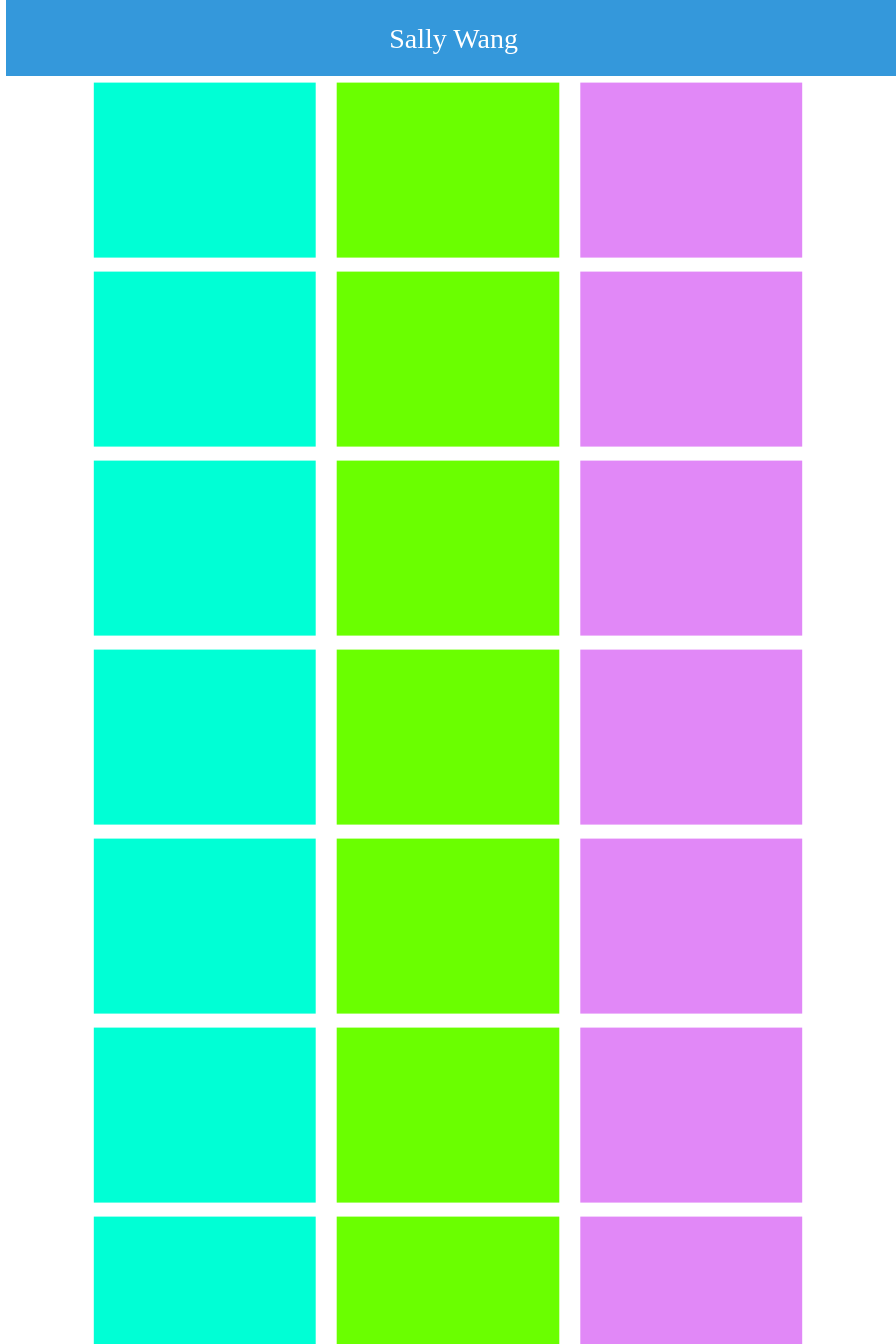
Repository: tianjiewang2022/tianjiewang2022.github.io
Page: index.html
An editor plug-in stored every save of this project. The page is shown before and after the next save, followed by the edit.
The browser window is 1280 px wide. The pictures show the part of the page from y = 0 to 1920 px (the page is 9733 px tall), at 70% of full size.

Above is the page before, as saved 2023-10-02 01:28:44.

### index.html
<!DOCTYPE html>
<html lang="en">

    <head>
        <meta charset="UTF-8">
        <meta name="viewport" content="width=device-width, initial-scale=1.0">
        <title>Sally's Webpage</title>
        <style>
            body {
                padding-top: 100px;
            }

            header {
                background-color: #3498db;
                /* Choose your header color */
                color: white;
                position: fixed;
                top: 0;
                width: 100%;
                height: 15%;

                display: flex;
                align-items: center;
                justify-content: center;
                z-index: 100;
                font-size: 40px;
            }

            .flex-container {
                padding: 10px;
                display: flex;
                flex-wrap: wrap;
                justify-content: space-between;
                padding-left: 10%;
                padding-right: 10%;
            }

            .flex-box {
                width: calc(33.33% - 20px);
                height: 250px;
                background-color: #ccc;
                /* Default background color */
                /* Add margin between boxes */
                background-color: #ccc;
                /* Default background color */
                text-align: center;
                display: flex;
                align-items: center;
                justify-content: center;
            }

            .box1-blue {
                background-color: rgb(0, 255, 213);
            }

            .box2-green {
                background-color: rgb(106, 255, 0);
            }

            .box3-purple {
                background-color: rgb(225, 136, 247);
            }

            table {
                width: 100%;
                justify-content: center;
                border-collapse: collapse;
                margin-top: 10px;
            }

            th,
            td {
                border: 1px solid #ccc;
                padding: 10px;
                text-align: center;
            }

            th {
                background-color: #f2f2f2;
            }
        </style>
    </head>

    <body>
        <header>
            Sally Wang
        </header>

        <div class="flex-container">
            <!-- Your content goes here -->
            <span class="flex-box box1-blue"></span>
            <span class="flex-box box2-green"></span>
            <span class="flex-box box3-purple"></span>
        </div>
        <div class="flex-container">
            <!-- Your content goes here -->
            <span class="flex-box box1-blue"></span>
            <span class="flex-box box2-green"></span>
            <span class="flex-box box3-purple"></span>
        </div>
        <div class="flex-container">
            <!-- Your content goes here -->
            <span class="flex-box box1-blue"></span>
            <span class="flex-box box2-green"></span>
            <span class="flex-box box3-purple"></span>
        </div>
        <div class="flex-container">
            <!-- Your content goes here -->
            <span class="flex-box box1-blue"></span>
            <span class="flex-box box2-green"></span>
            <span class="flex-box box3-purple"></span>
        </div>
        <div class="flex-container">
            <!-- Your content goes here -->
            <span class="flex-box box1-blue"></span>
            <span class="flex-box box2-green"></span>
            <span class="flex-box box3-purple"></span>
        </div>
        <div class="flex-container">
            <!-- Your content goes here -->
            <span class="flex-box box1-blue"></span>
            <span class="flex-box box2-green"></span>
            <span class="flex-box box3-purple"></span>
        </div>
        <div class="flex-container">
            <!-- Your content goes here -->
            <span class="flex-box box1-blue"></span>
            <span class="flex-box box2-green"></span>
            <span class="flex-box box3-purple"></span>
        </div>
        <div class="flex-container">
            <!-- Your content goes here -->
            <span class="flex-box box1-blue"></span>
            <span class="flex-box box2-green"></span>
            <span class="flex-box box3-purple"></span>
        </div>
        <div class="flex-container">
            <!-- Your content goes here -->
            <span class="flex-box box1-blue"></span>
            <span class="flex-box box2-green"></span>
            <span class="flex-box box3-purple"></span>
        </div>
        <div class="flex-container">
            <!-- Your content goes here -->
            <span class="flex-box box1-blue"></span>
            <span class="flex-box box2-green"></span>
            <span class="flex-box box3-purple"></span>
        </div>
        <div class="flex-container">
            <!-- Your content goes here -->
            <span class="flex-box box1-blue"></span>
            <span class="flex-box box2-green"></span>
            <span class="flex-box box3-purple"></span>
        </div>
        <div class="flex-container">
            <!-- Your content goes here -->
            <span class="flex-box box1-blue"></span>
            <span class="flex-box box2-green"></span>
            <span class="flex-box box3-purple"></span>
        </div>
        <div class="flex-container">
            <!-- Your content goes here -->
            <span class="flex-box box1-blue"></span>
            <span class="flex-box box2-green"></span>
            <span class="flex-box box3-purple"></span>
        </div>
        <div class="flex-container">
            <!-- Your content goes here -->
            <span class="flex-box box1-blue"></span>
            <span class="flex-box box2-green"></span>
            <span class="flex-box box3-purple"></span>
        </div>
        <div class="flex-container">
            <!-- Your content goes here -->
            <span class="flex-box box1-blue"></span>
            <span class="flex-box box2-green"></span>
            <span class="flex-box box3-purple"></span>
        </div>
        <div class="flex-container">
            <!-- Your content goes here -->
            <span class="flex-box box1-blue"></span>
            <span class="flex-box box2-green"></span>
            <span class="flex-box box3-purple"></span>
        </div>
        <div class="flex-container">
            <!-- Your content goes here -->
            <span class="flex-box box1-blue"></span>
            <span class="flex-box box2-green"></span>
            <span class="flex-box box3-purple"></span>
        </div>
        <div class="flex-container">
            <!-- Your content goes here -->
            <span class="flex-box box1-blue"></span>
            <span class="flex-box box2-green"></span>
            <span class="flex-box box3-purple"></span>
        </div>
        <div class="flex-container">
            <!-- Your content goes here -->
            <span class="flex-box box1-blue"></span>
            <span class="flex-box box2-green"></span>
            <span class="flex-box box3-purple"></span>
        </div>
        <div class="flex-container">
            <!-- Your content goes here -->
            <span class="flex-box box1-blue"></span>
            <span class="flex-box box2-green"></span>
            <span class="flex-box box3-purple"></span>
        </div>
        <div class="flex-container">
            <!-- Your content goes here -->
            <span class="flex-box box1-blue"></span>
            <span class="flex-box box2-green"></span>
            <span class="flex-box box3-purple"></span>
        </div>
        <div class="flex-container">
            <!-- Your content goes here -->
            <span class="flex-box box1-blue"></span>
            <span class="flex-box box2-green"></span>
            <span class="flex-box box3-purple"></span>
        </div>
        <div class="flex-container">
            <!-- Your content goes here -->
            <span class="flex-box box1-blue"></span>
            <span class="flex-box box2-green"></span>
            <span class="flex-box box3-purple"></span>
        </div>
        <div class="flex-container">
            <!-- Your content goes here -->
            <span class="flex-box box1-blue"></span>
            <span class="flex-box box2-green"></span>
            <span class="flex-box box3-purple"></span>
        </div>
        <div class="flex-container">
            <!-- Your content goes here -->
            <span class="flex-box box1-blue"></span>
            <span class="flex-box box2-green"></span>
            <span class="flex-box box3-purple"></span>
        </div>
        <div class="flex-container">
            <!-- Your content goes here -->
            <span class="flex-box box1-blue"></span>
            <span class="flex-box box2-green"></span>
            <span class="flex-box box3-purple"></span>
        </div>
        <div class="flex-container">
            <!-- Your content goes here -->
            <span class="flex-box box1-blue"></span>
            <span class="flex-box box2-green"></span>
            <span class="flex-box box3-purple"></span>
        </div>
        <div class="flex-container">
            <!-- Your content goes here -->
            <span class="flex-box box1-blue"></span>
            <span class="flex-box box2-green"></span>
            <span class="flex-box box3-purple"></span>
        </div>
        <div class="flex-container">
            <!-- Your content goes here -->
            <span class="flex-box box1-blue"></span>
            <span class="flex-box box2-green"></span>
            <span class="flex-box box3-purple"></span>
        </div>
        <div class="flex-container">
            <!-- Your content goes here -->
            <span class="flex-box box1-blue"></span>
            <span class="flex-box box2-green"></span>
            <span class="flex-box box3-purple"></span>
        </div>
        <div class="flex-container">
            <!-- Your content goes here -->
            <span class="flex-box box1-blue"></span>
            <span class="flex-box box2-green"></span>
            <span class="flex-box box3-purple"></span>
        </div>
        <div class="flex-container">
            <!-- Your content goes here -->
            <span class="flex-box box1-blue"></span>
            <span class="flex-box box2-green"></span>
            <span class="flex-box box3-purple"></span>
        </div>
        <div class="flex-container">
            <!-- Your content goes here -->
            <span class="flex-box box1-blue"></span>
            <span class="flex-box box2-green"></span>
            <span class="flex-box box3-purple"></span>
        </div>
        <div class="flex-container">
            <!-- Your content goes here -->
            <span class="flex-box box1-blue"></span>
            <span class="flex-box box2-green"></span>
            <span class="flex-box box3-purple"></span>
        </div>
        <div class="flex-container">
            <!-- Your content goes here -->
            <span class="flex-box box1-blue"></span>
            <!-- <span class="flex-box box2-green"></span>
            <span class="flex-box box3-purple"></span> -->
        </div>

        <table>
            <thead>
                <tr>
                    <th>Contact Method</th>
                    <th>Contact Information</th>
                </tr>
            </thead>
            <tbody>
                <tr>
                    <td>Email</td>
                    <td>my.email@example.com</td>
                </tr>
                <tr>
                    <td>LinkedIn</td>
                    <td>https://www.linkedin.com/in/sallytianjiewang/</td>
                </tr>
                <tr>
                    <td>Phone</td>
                    <td>123-456-7890</td>

                </tr>
                <!-- Add more rows with contact information as needed -->
            </tbody>
        </table>
    </body>


</html>

After the next save:
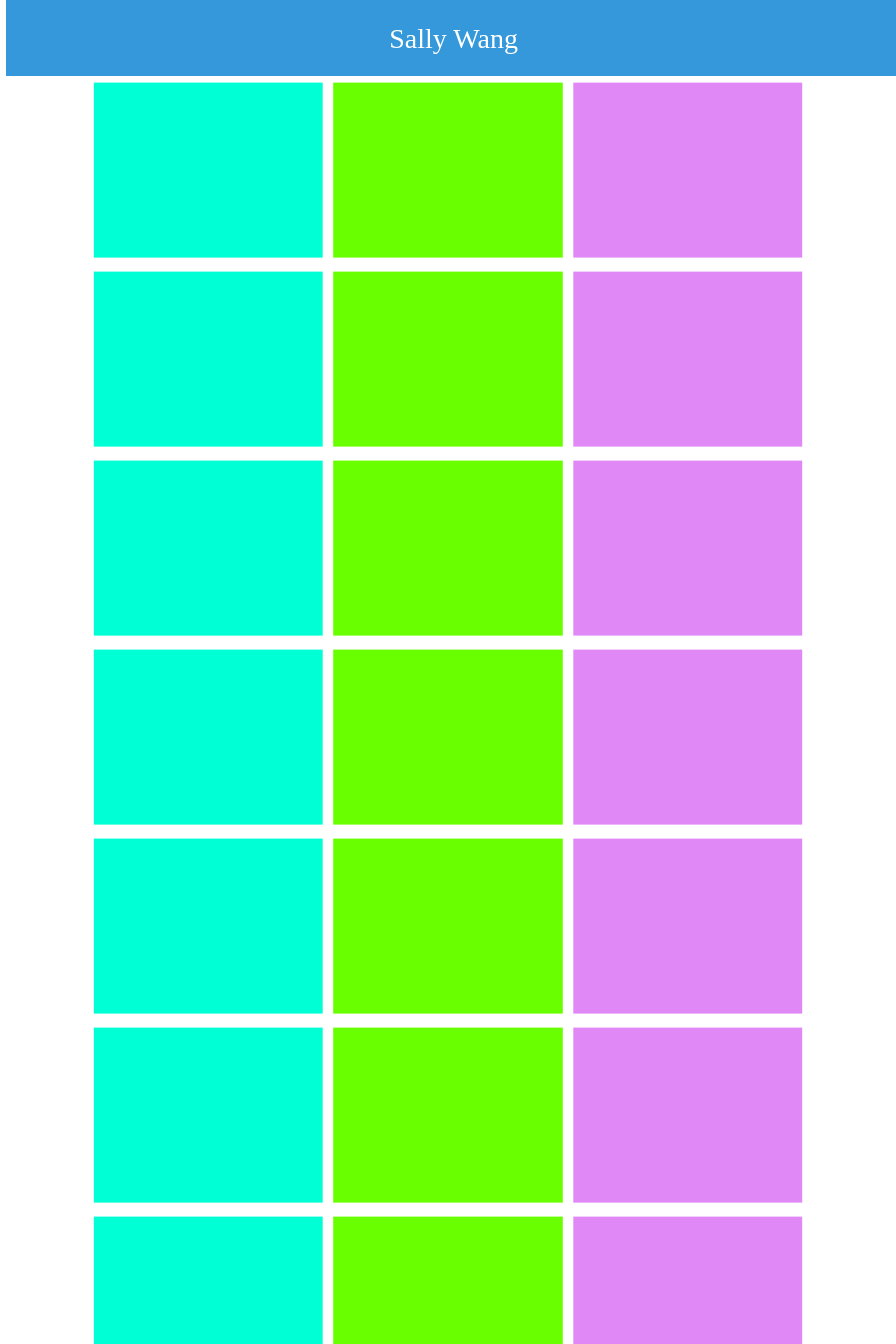
Saved 115 s later.
--- a/index.html
+++ b/index.html
@@ -36,7 +36,7 @@
             }
 
             .flex-box {
-                width: calc(33.33% - 20px);
+                width: calc(33.33% - 10px);
                 height: 250px;
                 background-color: #ccc;
                 /* Default background color */

After the save that followed:
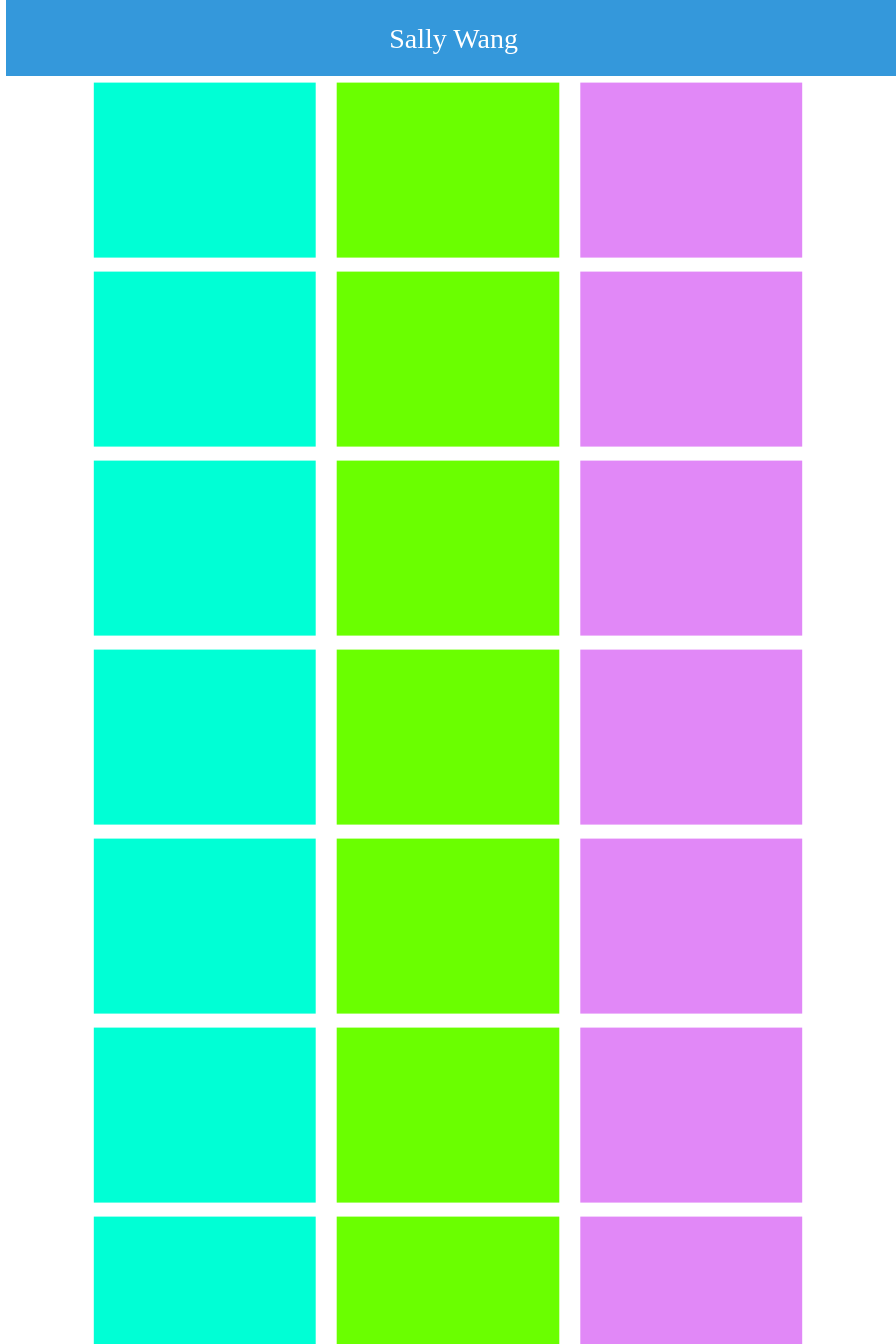
Saved 9 s later.
--- a/index.html
+++ b/index.html
@@ -36,7 +36,7 @@
             }
 
             .flex-box {
-                width: calc(33.33% - 10px);
+                width: calc(33.33% - 20px);
                 height: 250px;
                 background-color: #ccc;
                 /* Default background color */
